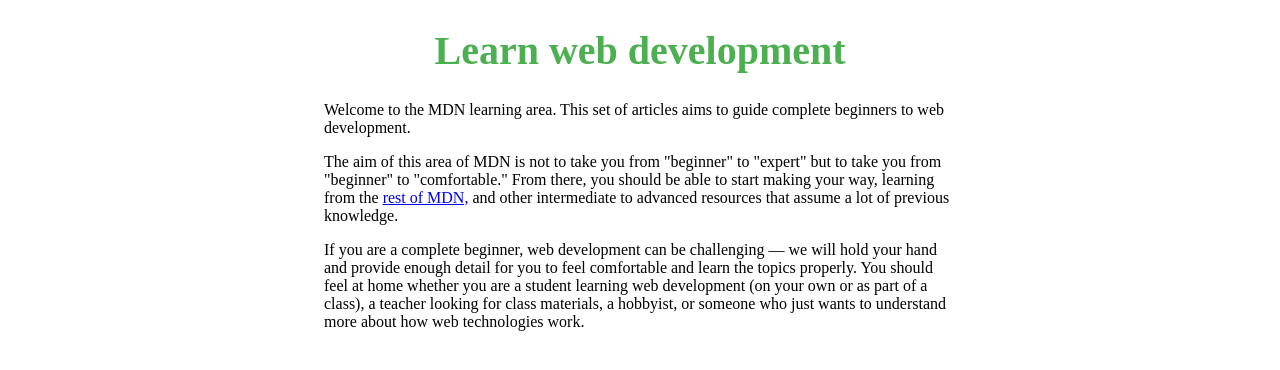
Repository: sriram1224/ReactProjects.github.io
Page: Assignments/Assignment2/index.html
The author's editor kept a copy of each file at every save. The page is drawn from the files as they stood at one save, then again after the next save.
The browser window is 1280 px wide. The pictures show the whole page.
Some web libraries are served in a nearby version.

Above is the page before, as saved 2024-03-01 10:55:56.

### Assignments/Assignment2/index.html
<!DOCTYPE html>
<html>
  <head>
    <meta charset="UTF-8" />
    <title>Hello React!</title>
    <script src="https://unpkg.com/react@17/umd/react.development.js"></script>
    <script src="https://unpkg.com/react-dom@17/umd/react-dom.development.js"></script>
    <script src="https://unpkg.com/babel-standalone@6/babel.min.js"></script>
    <style>
        #root {
          margin: 0 auto;
          width: 50%;

        }
        #title {
          color: #4CAF50;
          font-size: 2.5em;
          text-align: center;
        }
    </style>
  </head>
  <body>
    <div id="root"></div>
    <script type="text/babel">
      const TopicHeader = () => (
        <div>
          <h1 id='title'>Learn web development</h1>
          <p id='para'>
            Welcome to the MDN learning area. This set of articles aims to guide complete beginners to web development.
          </p>
          <p id='para'>
            The aim of this area of MDN is not to take you from "beginner" to "expert" but to
take you from "beginner" to "comfortable." From there, you should be able to start
making your way, learning from the <a href="www.example.com">rest of MDN,</a> and other intermediate to
advanced resources that assume a lot of previous knowledge.
          </p>
          <p id='para'>
            If you are a complete beginner, web development can be challenging — we will hold
your hand and provide enough detail for you to feel comfortable and learn the topics
properly. You should feel at home whether you are a student learning web
development (on your own or as part of a class), a teacher looking for class
materials, a hobbyist, or someone who just wants to understand more about how
web technologies work.
          </p>
        </div>
      );

      ReactDOM.render(<TopicHeader />, document.getElementById('root'));
    </script>
  </body>
</html>

After the next save:
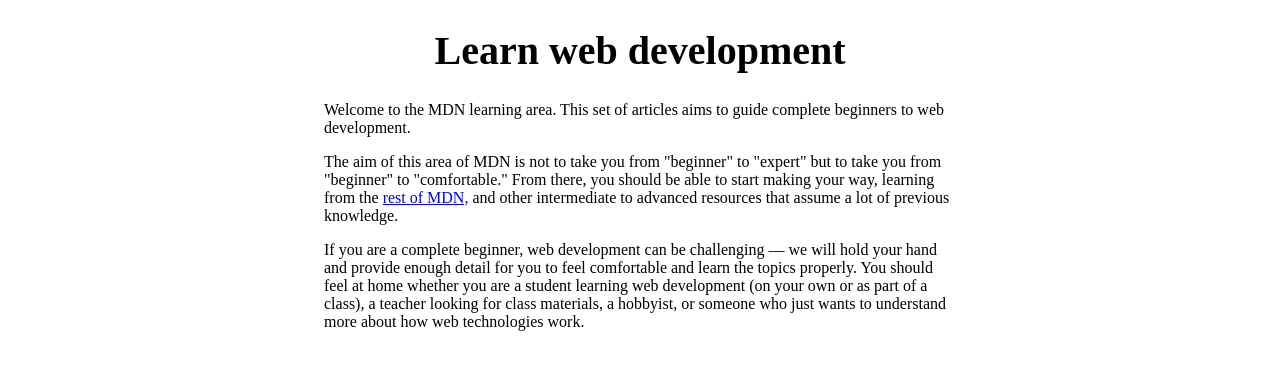
Saved 9 s later.
--- a/Assignments/Assignment2/index.html
+++ b/Assignments/Assignment2/index.html
@@ -13,7 +13,7 @@
 
         }
         #title {
-          color: #4CAF50;
+
           font-size: 2.5em;
           text-align: center;
         }
